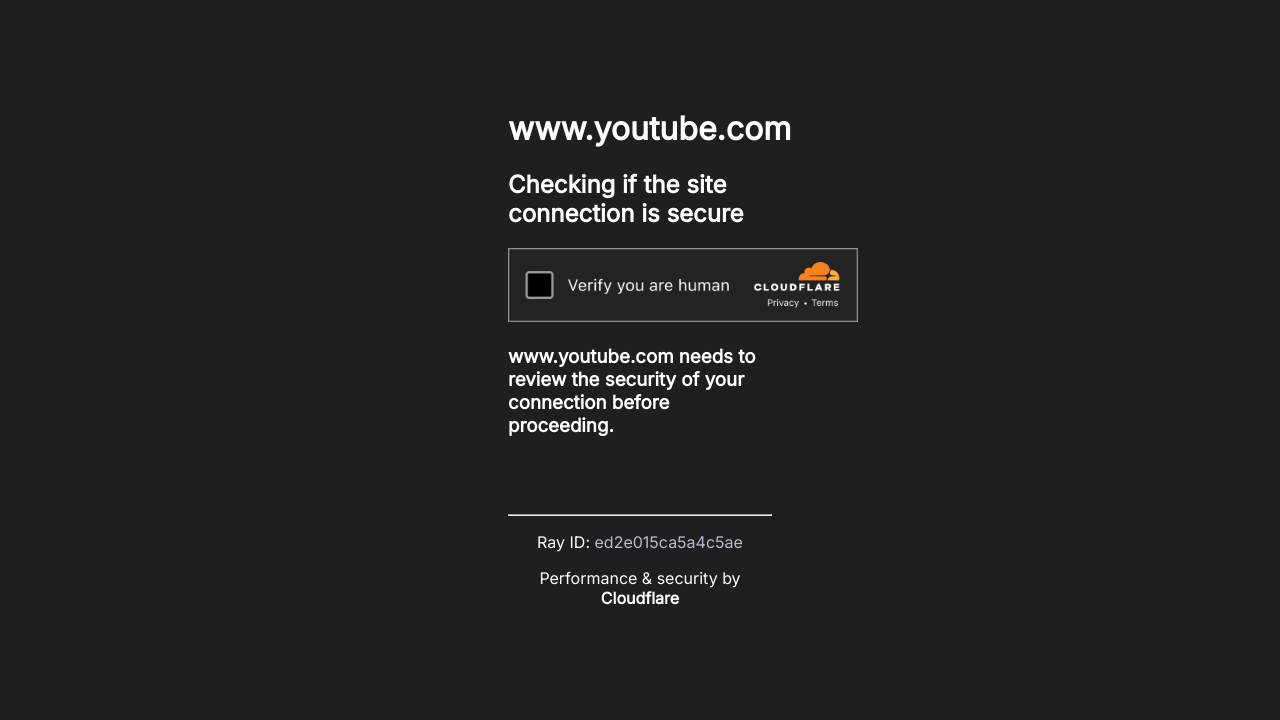
Repository: estech321/CAPTCHA-RickRoll
Page: index.html
The author's editor kept a copy of each file at every save. The page is drawn from the files as they stood at one save, then again after the next save.
The browser window is 1280 px wide. The pictures show the whole page.

Above is the page before, as saved 2023-12-29 23:49:42.

After the next save:
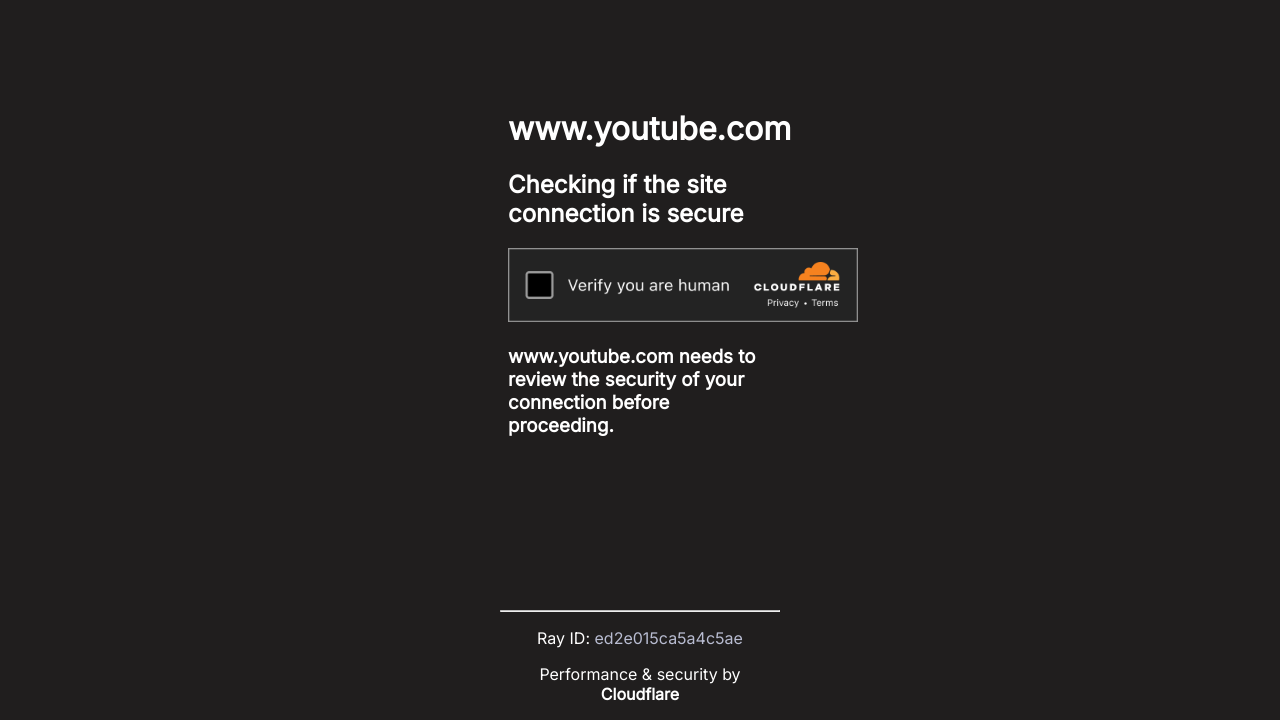
Saved 112 s later.
--- a/index.html
+++ b/index.html
@@ -21,13 +21,16 @@
         footer {
             padding-right: 500px;
             padding-left: 500px;
+            position: absolute;
+  bottom: 0;
+  left: 0;
         }
         blue {
             color: #B8BCD1;
         }
         /* Solid border */
         hr.solid {
-        border-top: px solid #bbb;
+        border-top: 1px solid #bbb;
         }
     </style>
 </head>
